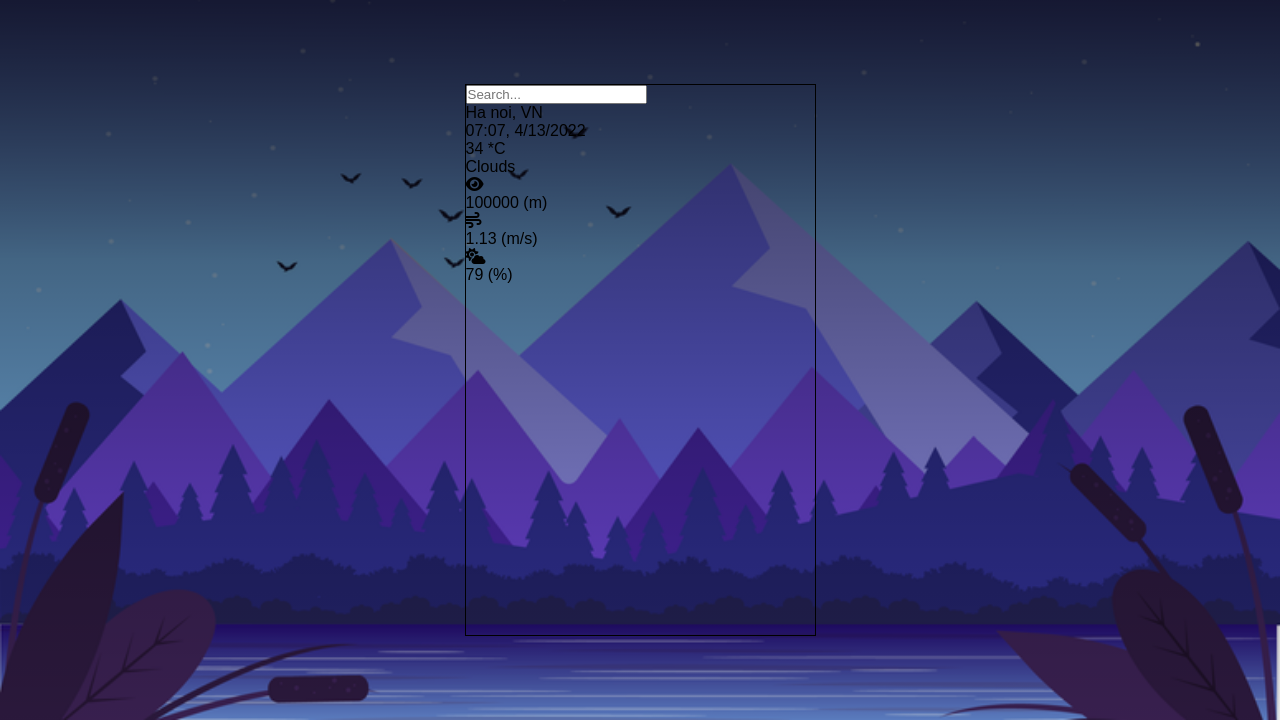
Repository: nganha241/weather-app
Page: index.html
The author's editor kept a copy of each file at every save. The page is drawn from the files as they stood at one save, then again after the next save.
The browser window is 1280 px wide. The pictures show the whole page.
Some web libraries are served in a nearby version.

Above is the page before, as saved 2022-04-13 08:19:28.

### index.html
<!DOCTYPE html>
<html lang="en">
  <head>
    <meta charset="UTF-8" />
    <meta http-equiv="X-UA-Compatible" content="IE=edge" />
    <meta name="viewport" content="width=device-width, initial-scale=1.0" />
    <title>Document</title>
    <link rel="stylesheet" href="./style.css" />
  </head>
  <body>
    <div id="weather">
      <div class="header">
        <input type="text" placeholder="Search..." />
      </div>
      <div class="content">
        <div class="city">Ha noi, <span class="country">VN</span></div>
        <div class="time">07:07, <span class="date">4/13/2022</span></div>

        <div class="deg">34 *C</div>
        <div class="status">Clouds</div>
      </div>
      <div class="footer">
        <div class="detail">
          <div class="distance">
            <div><i class="fa-solid fa-eye"></i></div>
            <div>100000 <span>(m)</span></div>
          </div>
          <div class="speed">
            <div><i class="fa-solid fa-wind"></i></div>
            <div>1.13 <span>(m/s)</span></div>
          </div>
          <div class="humidity">
            <div><i class="fa-solid fa-cloud-sun"></i></div>
            <div>79 <span>(%)</span></div>
          </div>
        </div>
      </div>
    </div>
    <script
      src="https://kit.fontawesome.com/ae971d7ee0.js"
      crossorigin="anonymous"
    ></script>
    <script src="./main.js"></script>
  </body>
</html>

### style.css
* {
    padding: 0;
    margin: 0;
    box-sizing: border-box;
}

body {
    font-family: sans-serif;
    height: 100vh;
    display: flex;
    justify-content: center;
    align-items: center;
    background: linear-gradient(to bottom, rgba(0, 0, 0, 0.7), rgba(0, 0, 0, 0.1)), url(./img1.png) no-repeat center/cover;
}

#weather {
    width: 351px;
    height: 552px;
    border: 1px solid;
}

Loaded but not shown: main.js (no copy from this time; the picture is the same without it)

After the next save:
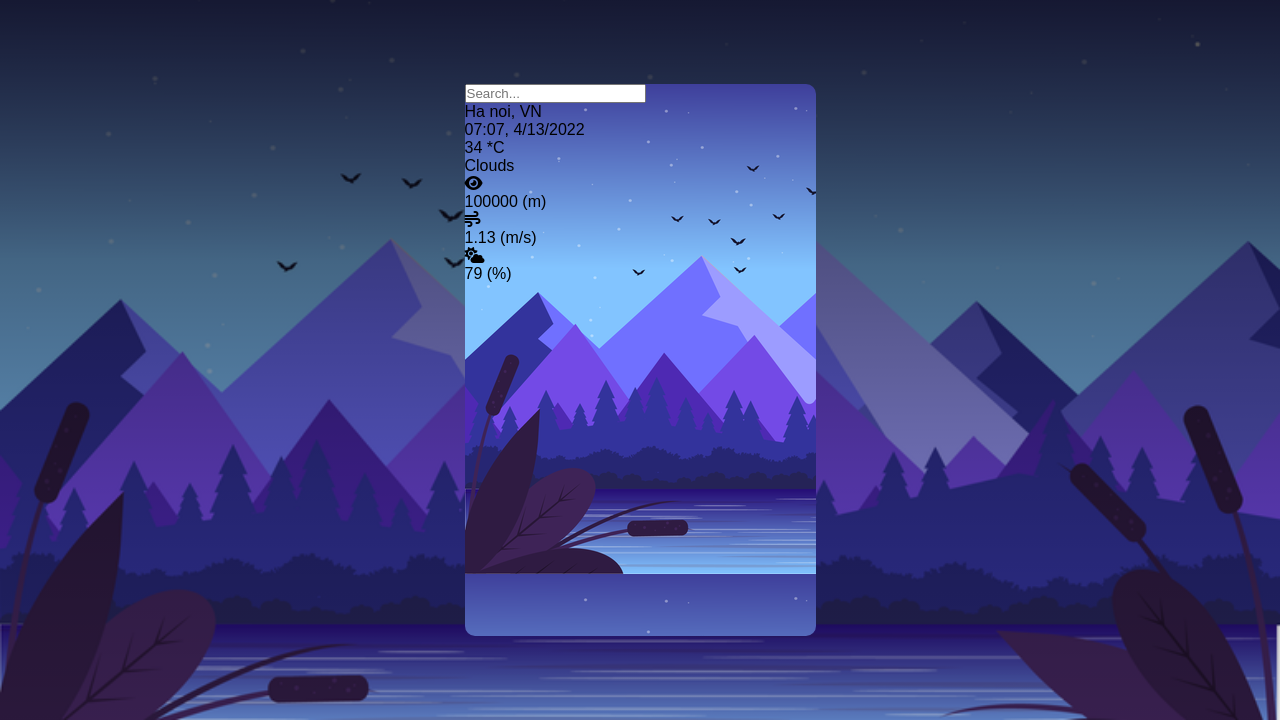
Saved 55 s later.
--- a/style.css
+++ b/style.css
@@ -16,5 +16,7 @@ body {
 #weather {
     width: 351px;
     height: 552px;
-    border: 1px solid;
+    border: none;
+    border-radius: 10px;
+    background-image: url(./img1.png);
 }
